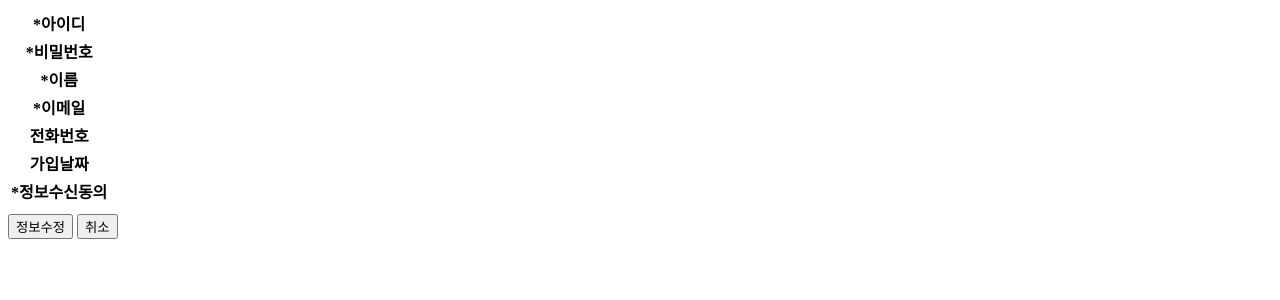
Repository: amoled4/ezen_jsp_project4
Page: http://localhost/jsp_exam/member/modify.jsp
The author's editor kept a copy of each file at every save. The page is drawn from the files as they stood at one save, then again after the next save.
The browser window is 1280 px wide. The pictures show the whole page.
The page is served by Tomcat 9.

Above is the page before, as saved 2023-05-30 07:23:34.

After the next save:
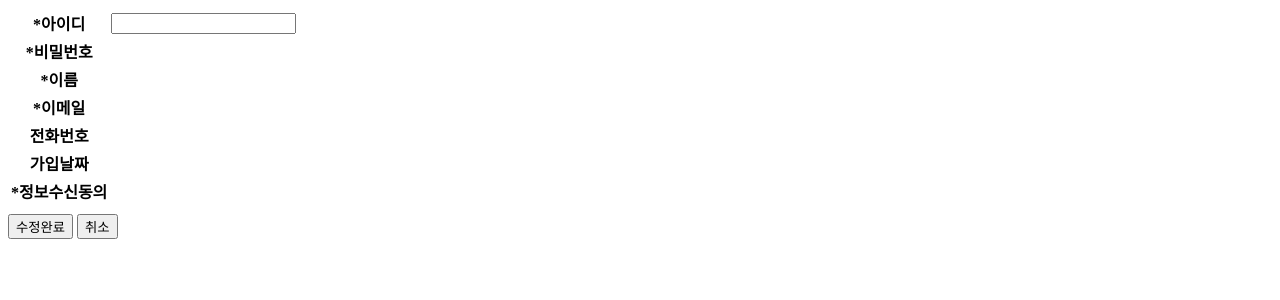
Saved 48 s later.
--- a/jsp_exam/src/main/webapp/member/modify.jsp
+++ b/jsp_exam/src/main/webapp/member/modify.jsp
@@ -11,7 +11,7 @@
 		<table>
 			<tr>
 				<th>*아이디</th>
-				<td></td>
+				<td><input type="text" ></td>
 			</tr>
 			<tr>
 				<th>*비밀번호</th>
@@ -46,7 +46,7 @@
 				<td></td>
 			</tr>
 		</table>
-		<button type="submit">정보수정</button>
+		<button type="submit">수정완료</button>
 		<a href="/"><button type="button">취소</button></a>
 	</form>
 </body>
